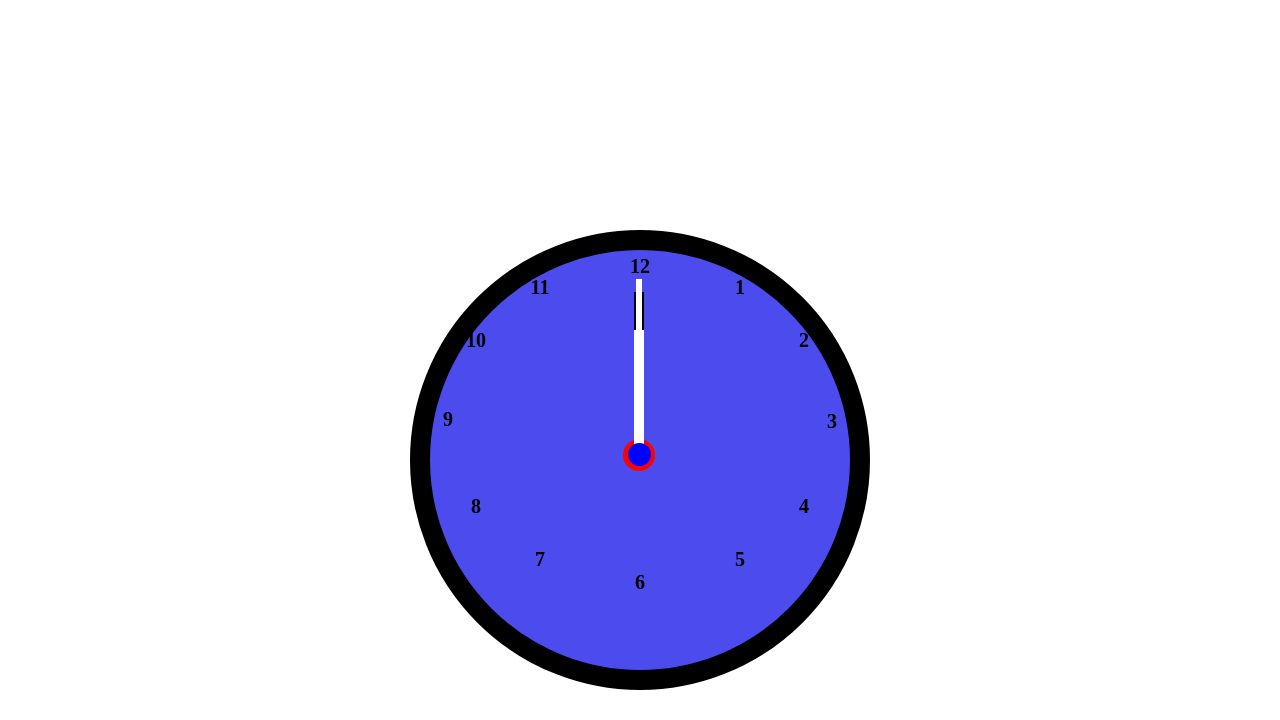
Repository: Eugene44-hub/Analog-clock
Page: index.html
The author's editor kept a copy of each file at every save. The page is drawn from the files as they stood at one save, then again after a run of saves.
The browser window is 1280 px wide. The pictures show the whole page.

Above is the page before, as saved 2021-09-04 22:32:59.

After the next 6 saves:
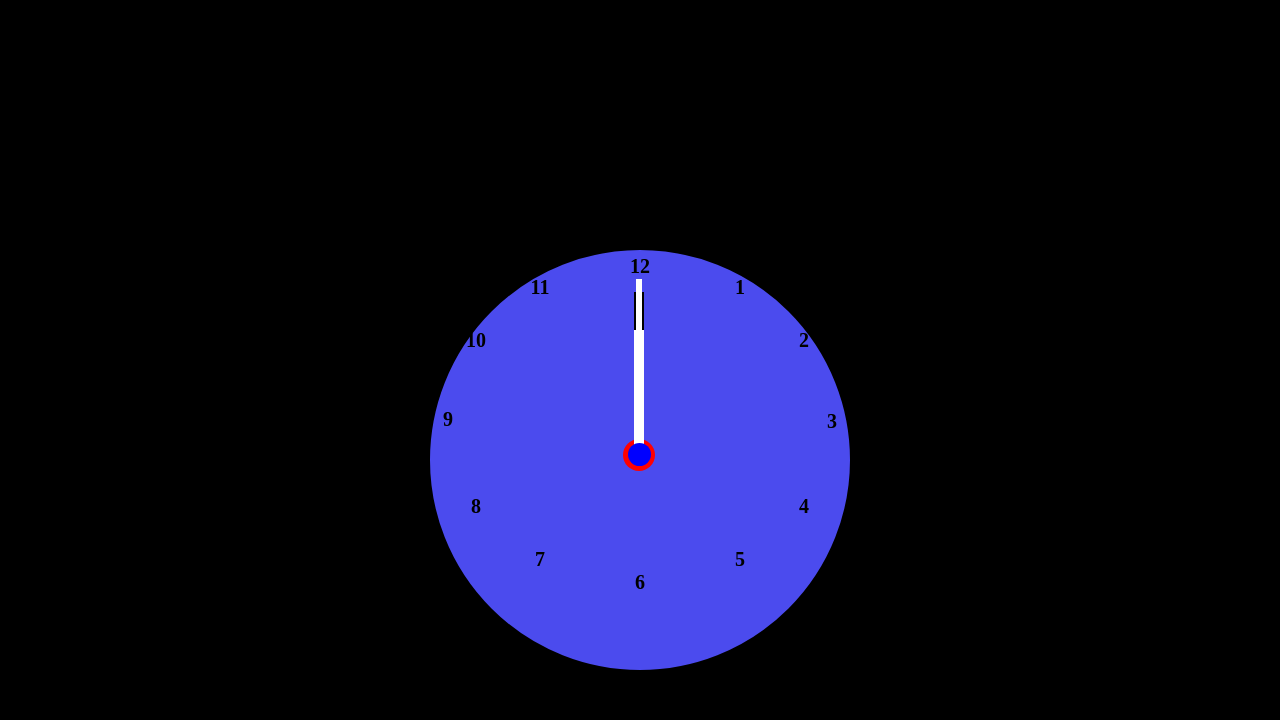
The 6 saves are shown as one change because they came seconds apart.
The last was saved 35 min 19 s later.
--- a/style.css
+++ b/style.css
@@ -1,6 +1,10 @@
 * {
     padding: 0;
     margin: 0;
+}
+
+body {
+    background-color: black;
 }
 
 .clock {
